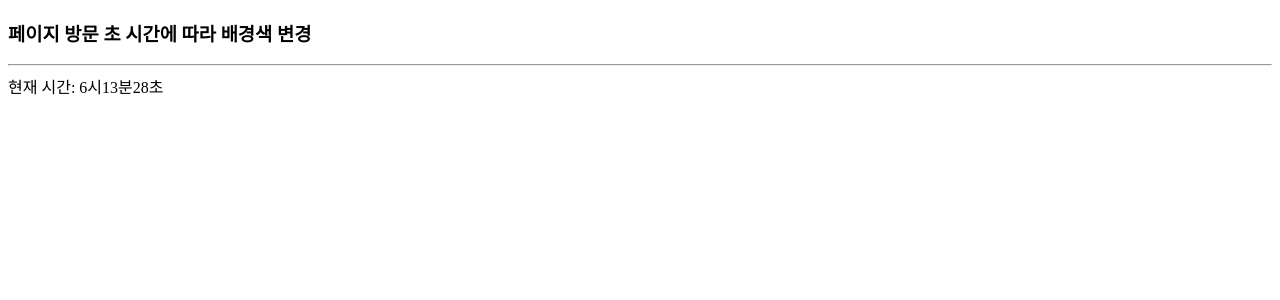
Repository: luna2222/web
Page: 02.JavaScript/WebContent/chap2/02_06.html
The author's editor kept a copy of each file at every save. The page is drawn from the files as they stood at one save, then again after the next save.
The browser window is 1280 px wide. The pictures show the whole page.

Above is the page before, as saved 2019-02-22 06:26:41.

### 02.JavaScript/WebContent/chap2/02_06.html
<!DOCTYPE html>
<html>
<head>
<meta charset="UTF-8">
<title>방문 시간애 따라 변하는 배경색</title>
</head>
<body>
	<h3> 페이지 방문 초 시간에 따라 배경색 변경</h3>
	<hr>
	<script>
		 var current =new Date();
		 if(current.getSeconds()%2==0)
			 document.body.style.backgroudColor="violet";
		 else
			 document.body.style.baclgroundColor="lightskyblue";
		 document.write("현재 시간: ");
		 document.write(current.getHours(),"시");
		 document.write(current.getMinutes(),"분");
		 document.write(current.getSeconds(), "초<br>");

	</script>

</html>

After the next save:
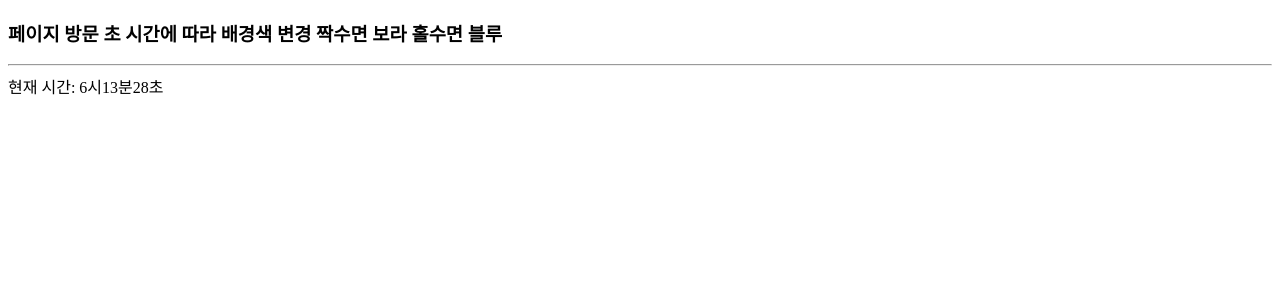
Saved 115 s later.
--- a/02.JavaScript/WebContent/chap2/02_06.html
+++ b/02.JavaScript/WebContent/chap2/02_06.html
@@ -5,14 +5,14 @@
 <title>방문 시간애 따라 변하는 배경색</title>
 </head>
 <body>
-	<h3> 페이지 방문 초 시간에 따라 배경색 변경</h3>
+	<h3> 페이지 방문 초 시간에 따라 배경색 변경 짝수면 보라 홀수면 블루</h3>
 	<hr>
 	<script>
-		 var current =new Date();
+		 var current =new Date(); //현재시간능 가진 date객체를 생성
 		 if(current.getSeconds()%2==0)
 			 document.body.style.backgroudColor="violet";
 		 else
-			 document.body.style.baclgroundColor="lightskyblue";
+			 document.body.style.backgroundColor="lightskyblue";
 		 document.write("현재 시간: ");
 		 document.write(current.getHours(),"시");
 		 document.write(current.getMinutes(),"분");
